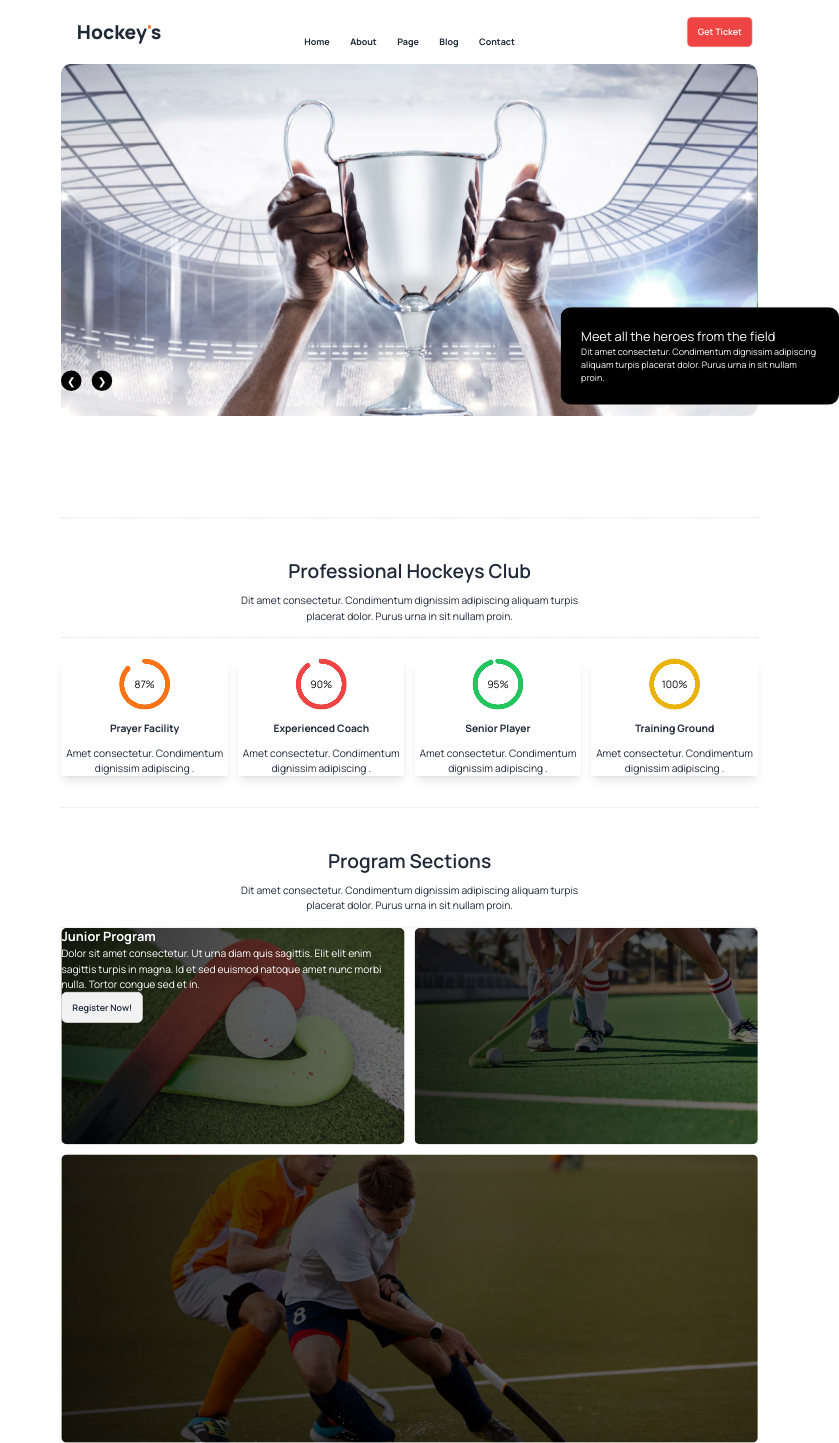
Repository: RudrasahaDibos/Hockey-
Page: index.html
An editor plug-in stored every save of this project. The page is shown before and after a run of saves, followed by the edit.
The browser window is 1280 px wide. The page is 1311 px wide, so the pictures cover 1311 px, including what lies to the right of the window. The pictures show the whole page, at 64% of full size.
Some web libraries are served in a nearby version.

Above is the page before, as saved 2024-10-23 22:36:08.

After the next 3 saves:
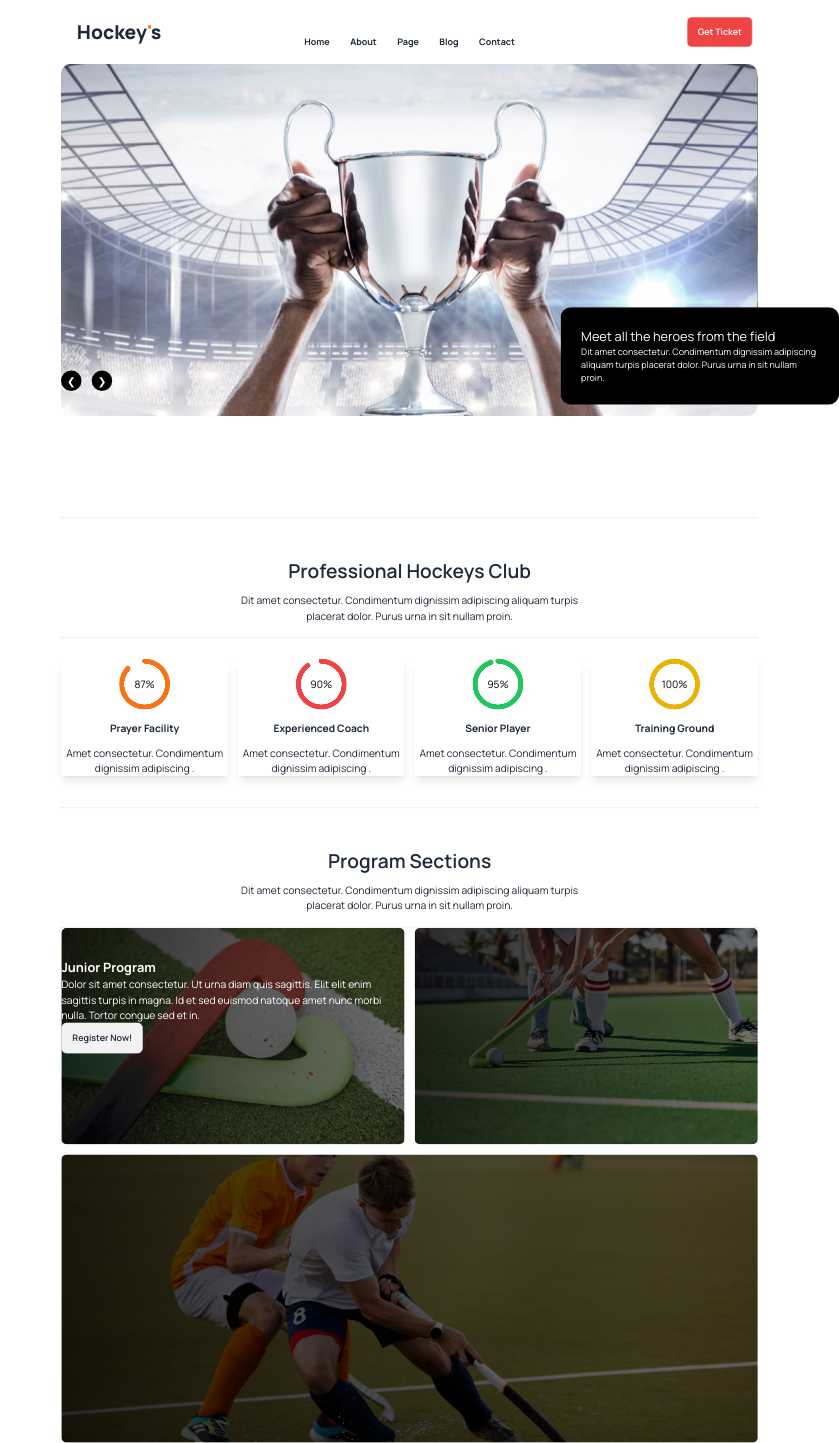
The 3 saves are shown as one change because they came seconds apart.
The last was saved 12 s later.
--- a/index.html
+++ b/index.html
@@ -211,7 +211,7 @@
 
                                   <div class=" relative bg-no-repeat rounded-lg  bg-center bg-cover  w-full bg-[linear-gradient(90deg,rgb(0,0,0,0.8),rgb(0,0,0,0.5)),url(./images/2.png)] h-[338px]">
 
-                                   <div class="text-start">
+                                   <div class="text-start pt-12">
                                     <h2 class="text-white text-xl font-bold">Junior Program</h2>
                                     <p class="text-white">Dolor sit amet consectetur. Ut urna diam quis sagittis. Elit elit
                                       enim sagittis turpis in magna. Id et sed euismod natoque amet nunc morbi nulla. Tortor congue sed et in.</p>
